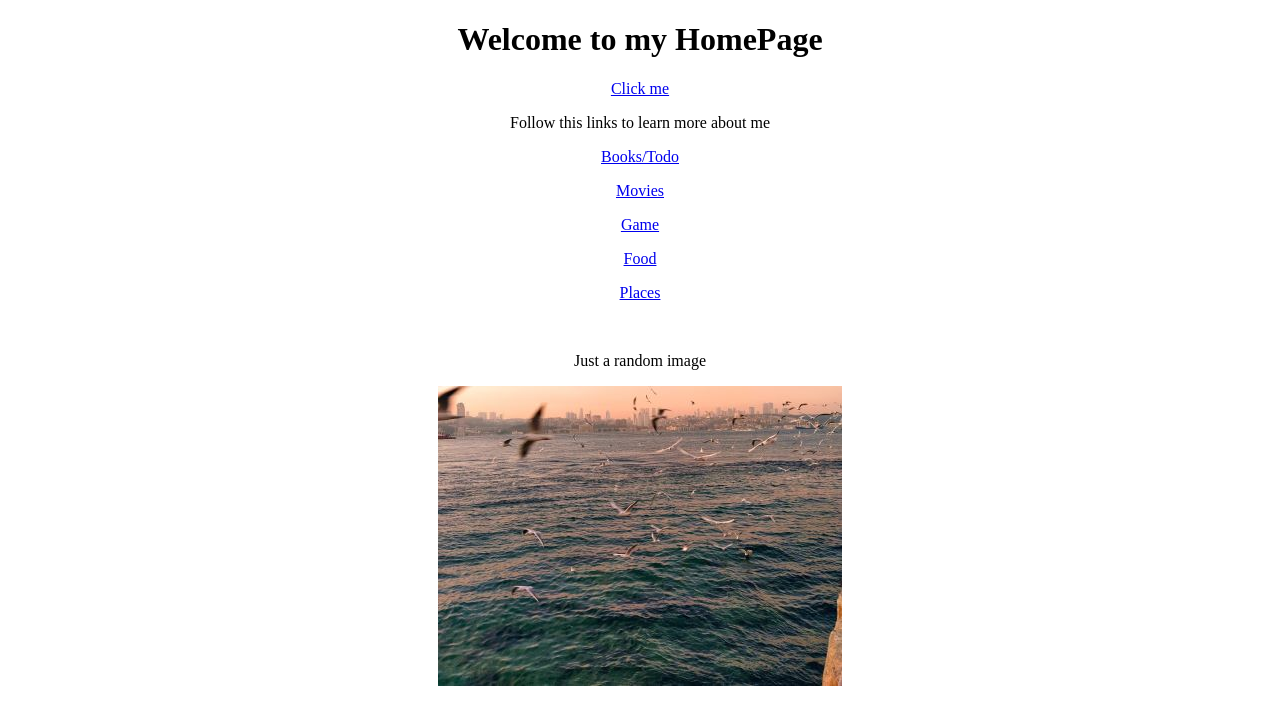
Repository: MikkyPrestige/html-website
Page: index.html
These files come from the project's save history. The page is drawn as it stood at one moment and after the next save; the edit follows.
The browser window is 1280 px wide. The pictures show the whole page.

Above is the page before, as saved 2023-04-15 18:38:43.

After the next save:
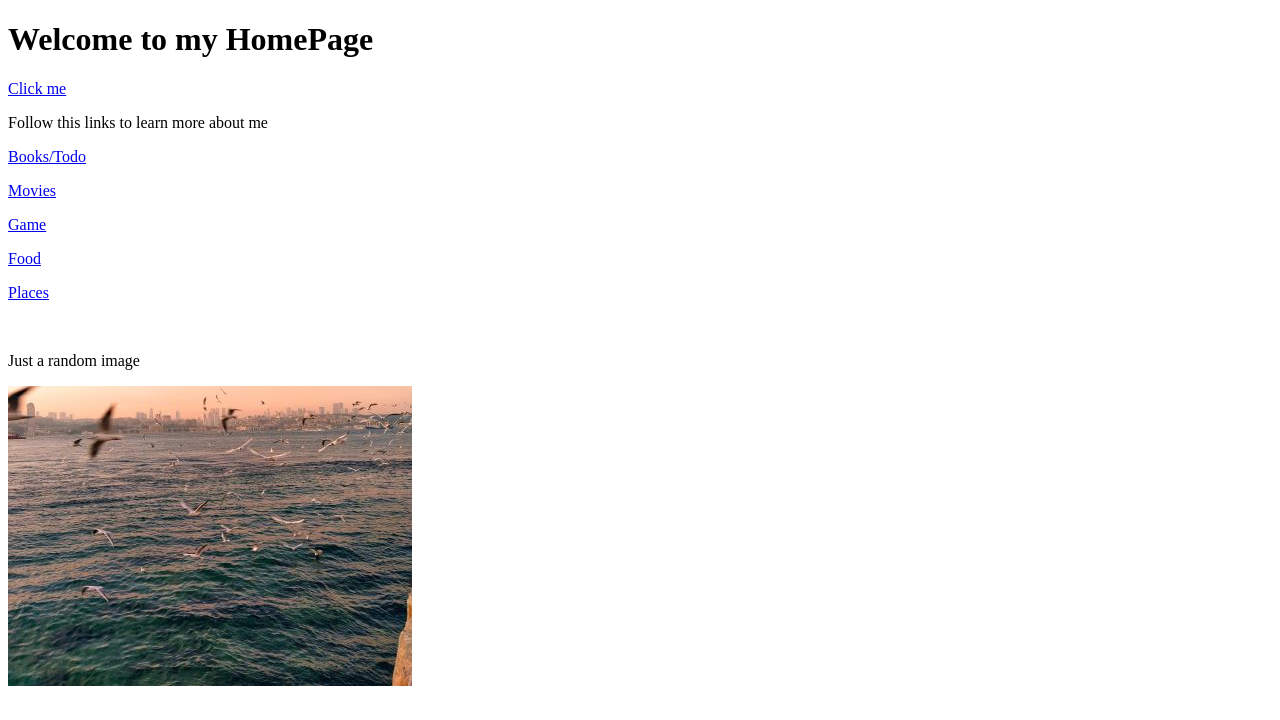
Saved 111 s later.
--- a/index.html
+++ b/index.html
@@ -9,9 +9,11 @@
 </head>
 
 <body>
-  <center>
+  <link>
   <h1>Welcome to my HomePage</h1>
+  <link>
   <a href="https://theuselessweb.com/" target="_blank">Click me</a>
+</link>
   <br >
   <p>Follow this links to learn more about me</p>
   <p>
